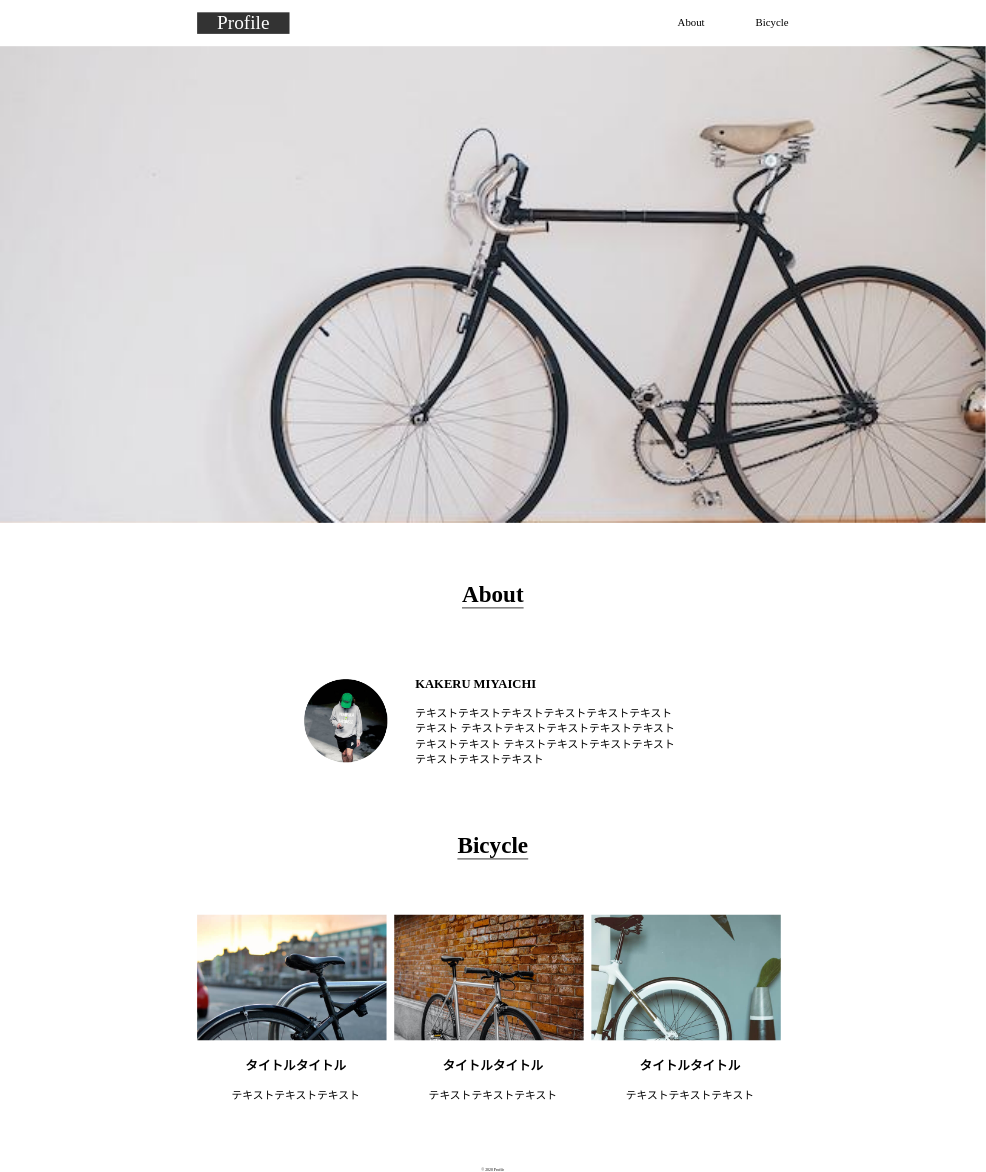
Repository: naoko0513/bike
Page: index.html
The author's editor kept a record of every edit. The page is drawn from the files as they stood at one moment, then again after the next edit.
The browser window is 1280 px wide. The pictures show the whole page, at 77% of full size.

Above is the page before.

### index.html
<!DOCTYPE html>
<html lang="ja">
<head>
    <meta charset="UTF-8">
    <meta name="viewport" content="width=device-width,initial-scale=1">
    <meta http-equiv="X-UA-Compatible" content="ie=edge">
    <title>Document</title>
    <link rel="stylesheet" href="stylesheet.css" type="text/css" />
</head>
<body>
    <!-----------トップ（プロファイルの部分）----------->
    <div id="top">
        <div class="header-container">
            <div class="topimage">
                Profile
            </div>
            <div class="menu">
                <p>About</p>
                <p>Bicycle</p>
            </div>
        </div>
    </div>
    <div class="maineimage">
        <img src="images/mainvisual.jpg" alt="自転車"></img>
    </div>
    <!----------------プロフィール部分---------------->
    <div class="blank"></div>
    <div id="about">
        <h2 class="heading">About</h2>
    </div>
        <div id="container">
            <img src="images/about.png" alt="プロフィール画像"></img>
                <div class="text">
                    <h3>KAKERU MIYAICHI</h3>
                    <p>
                        テキストテキストテキストテキストテキストテキストテキスト
                        テキストテキストテキストテキストテキストテキストテキスト
                        テキストテキストテキストテキストテキストテキストテキスト
                    </p>
                </div>
        </div>
    <!----------------自転車の写真---------------->
    <div class="blank"></div>
    <div id="bicycle">
        <h2 class="heading">Bicycle</h2>
    </div>
    <div id="box">
        <div class="bicycle-text">
            <img src="images/bicycle1.jpg" alt="自転車１の画像"></img>
                <h3>タイトルタイトル</h3>
                <P>テキストテキストテキスト</p>
        </div>
        <div class="bicycle-text">
            <img src="images/bicycle2.jpg" alt="自転車２の画像"></img>
                <h3>タイトルタイトル</h3>
                <p>テキストテキストテキスト</p>
        </div>
        <div class="bicycle-text">
            <img src="images/bicycle3.jpg" alt="自転車３の画像"></img>
                <h3>タイトルタイトル</h3>
                <p>テキストテキストテキスト</p>
        </div>
    </div>
    <div class="blank"></div>
    <div class="footer">© 2020 Profile</div>
</body>

### stylesheet.css
body {
    margin: 0;
    font-size: 14px;
}

#top {
    height: 60px;
}

.header-container {
    margin: 0 auto;
    height: 100%;
    width: 60%;
    display: flex;
    justify-content: space-between;
    align-items: center;
}

.maineimage img {
    width: 100%;
    height: 86vh;
    object-fit: cover;
}

.topimage {
    width: 120px;
    font-size: 25px;
    display: flex;
    justify-content: center;
    color: #FFF;
    background-color: #333333;
}

.menu{
    justify-content: space-between;
    display: flex;
    align-items: flex-end;
    width: 20vh;

}
.maineimage {
    width: 100%;
}

.blank {
    height: 10vh;
}

#about {
    display: flex;
    align-items: stretch;
    justify-content: center;
    font-size: 20px;
}

.heading {
    margin: 0;
    margin-bottom: 10vh;
    border-bottom: solid 1px;
}


#container {
    margin: 0 auto;
    height: 100%;
    display: flex;
    justify-content: center;
    align-items: center;
    width: 60%;
}

#container img {
    margin-right: 5vh;
    width: 15vh;
}

.text {
    font-size: 14px;
    width: 45%;
}

#bicycle {
    align-items: stretch;
    display: flex;
    justify-content: center;
    font-size: 20px;
}

#box {
    display: flex;
    justify-content: space-around;
    align-items: center;
    margin: auto;
    width: 60%;
    height: 100%;

}

.bicycle-text {
    width: 60%;
}

.bicycle-text img {
    width: 96%;

}

.bicycle-text h3 {
    display: flex;
    justify-content: center;
}

.bicycle-text p{
    display: flex;
    justify-content: center;
}

.footer {
    text-align: center;
    font-size: 5px;
}

@media screen and (max-width:480px){
    .header-container{
        width: 95%;
    }
    .maineimage {
        width: 100%;
    }
    #container {
        width: 90%;
        display: flex;
        flex-direction:column;
    }
    .text {
        width: 100%;
    }
    #box {
        width: 95%;
    }
    .bicycle-text {
        width: 100%;
        font-size: 5px;
    }
}

After the next edit:
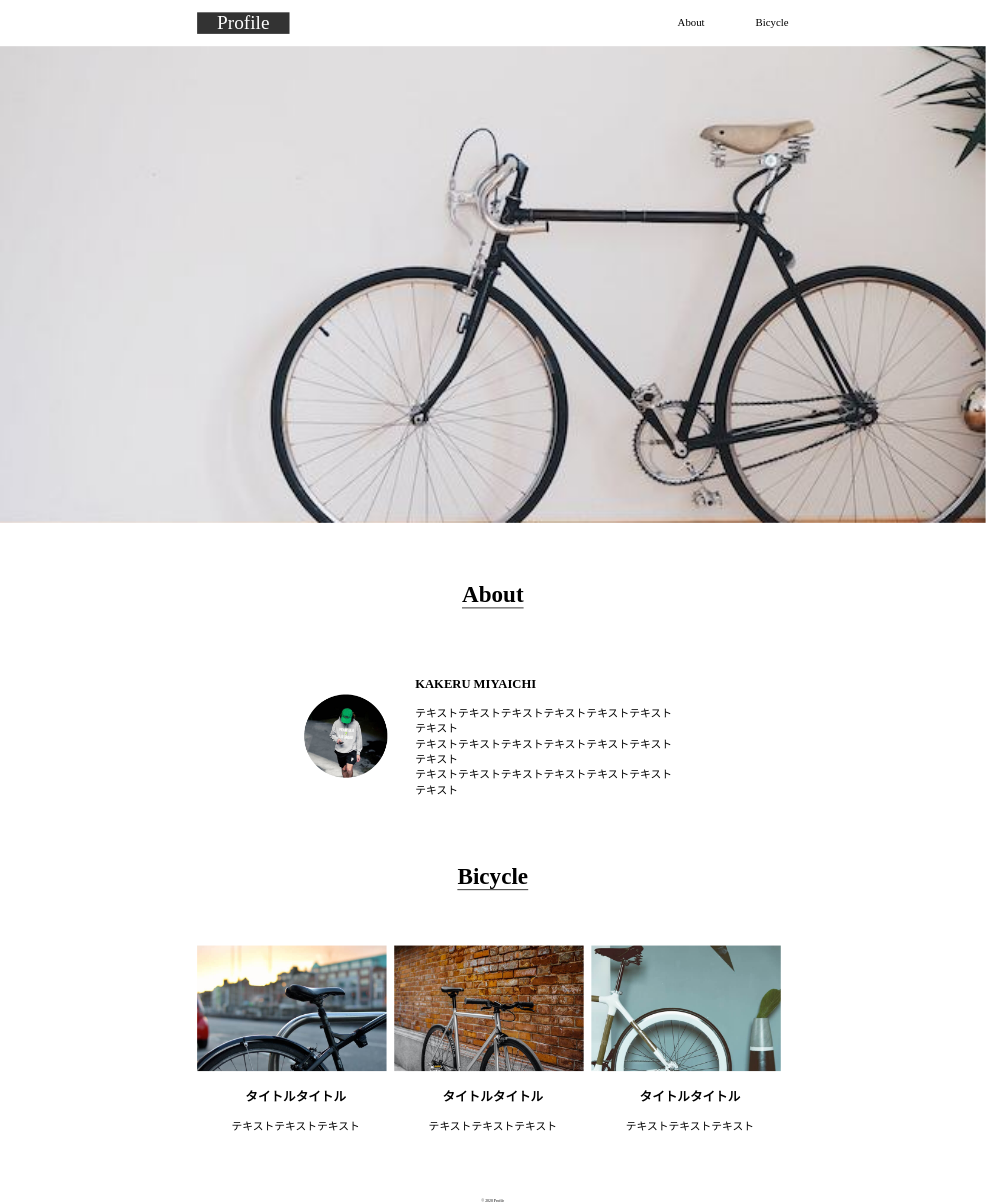
The edit:
--- a/index.html
+++ b/index.html
@@ -30,14 +30,14 @@
     </div>
         <div id="container">
             <img src="images/about.png" alt="プロフィール画像"></img>
-                <div class="text">
-                    <h3>KAKERU MIYAICHI</h3>
-                    <p>
-                        テキストテキストテキストテキストテキストテキストテキスト
-                        テキストテキストテキストテキストテキストテキストテキスト
-                        テキストテキストテキストテキストテキストテキストテキスト
-                    </p>
-                </div>
+            <div class="text">
+                <h3>KAKERU MIYAICHI</h3>
+                <p>
+                    テキストテキストテキストテキストテキストテキストテキスト<br>
+                    テキストテキストテキストテキストテキストテキストテキスト<br>
+                    テキストテキストテキストテキストテキストテキストテキスト
+                </p>
+            </div>
         </div>
     <!----------------自転車の写真---------------->
     <div class="blank"></div>
